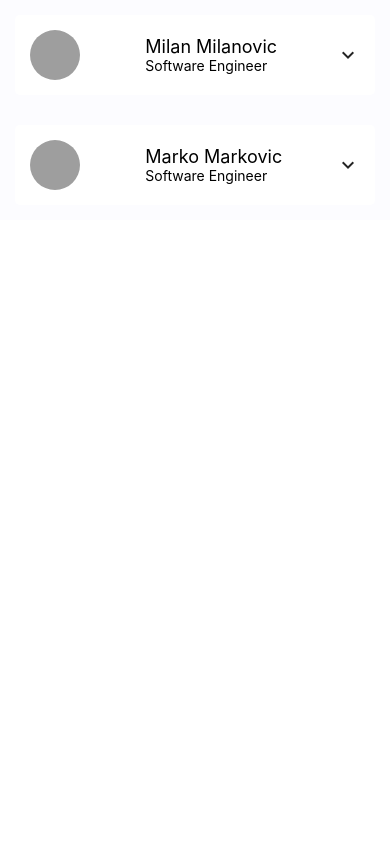
Repository: likanbl/intern-feature
Screen: /
An editor plug-in stored every save of this project. The screen is shown before and after the next save, followed by the edit.
Pictures or frames that could not be fetched are drawn as grey boxes. The app was drawn by React Native's web renderer in a window 390 px wide. The project was rebuilt for these pictures with package versions that can differ from the ones it lists, and the page was loaded fresh each time.

Above is the screen before, as saved 2019-09-16 14:30:17.

After the next save:
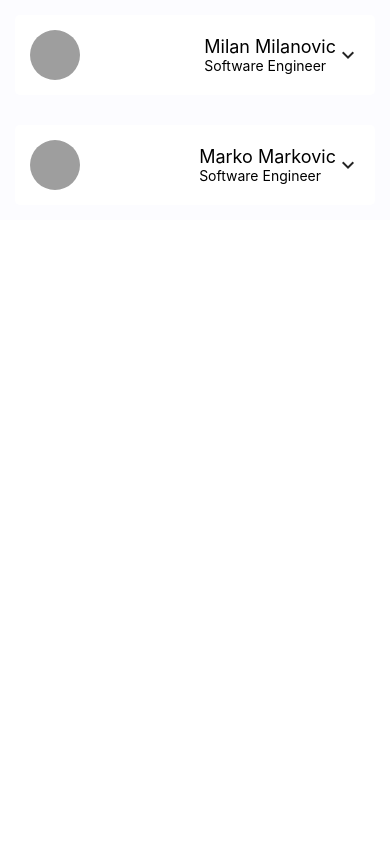
Saved 24 s later.
--- a/src/components/intern-feature/styles.js
+++ b/src/components/intern-feature/styles.js
@@ -21,7 +21,7 @@ export default StyleSheet.create({
     alignItems: 'flex-start',
     justifyContent: 'center',
   },
-  nameRole: {
+  titleView: {
     flex: 2,
     alignItems: 'flex-start',
     justifyContent: 'center',

After the save that followed:
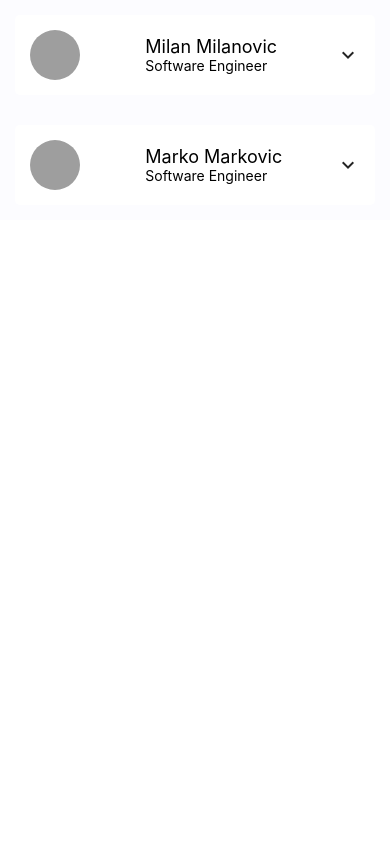
Saved 13 s later.
--- a/src/components/intern-feature/InternItems.js
+++ b/src/components/intern-feature/InternItems.js
@@ -30,7 +30,7 @@ export function InternItems(props) {
                 }}
               />
             </View>
-            <View style={styles.nameRole}>
+            <View style={styles.titleView}>
               <Text style={styles.title}>{props.item.Name}</Text>
               <Text style={styles.role}>{props.item.role}</Text>
               <Text style={styles.role}>{props.item.skills}</Text>
